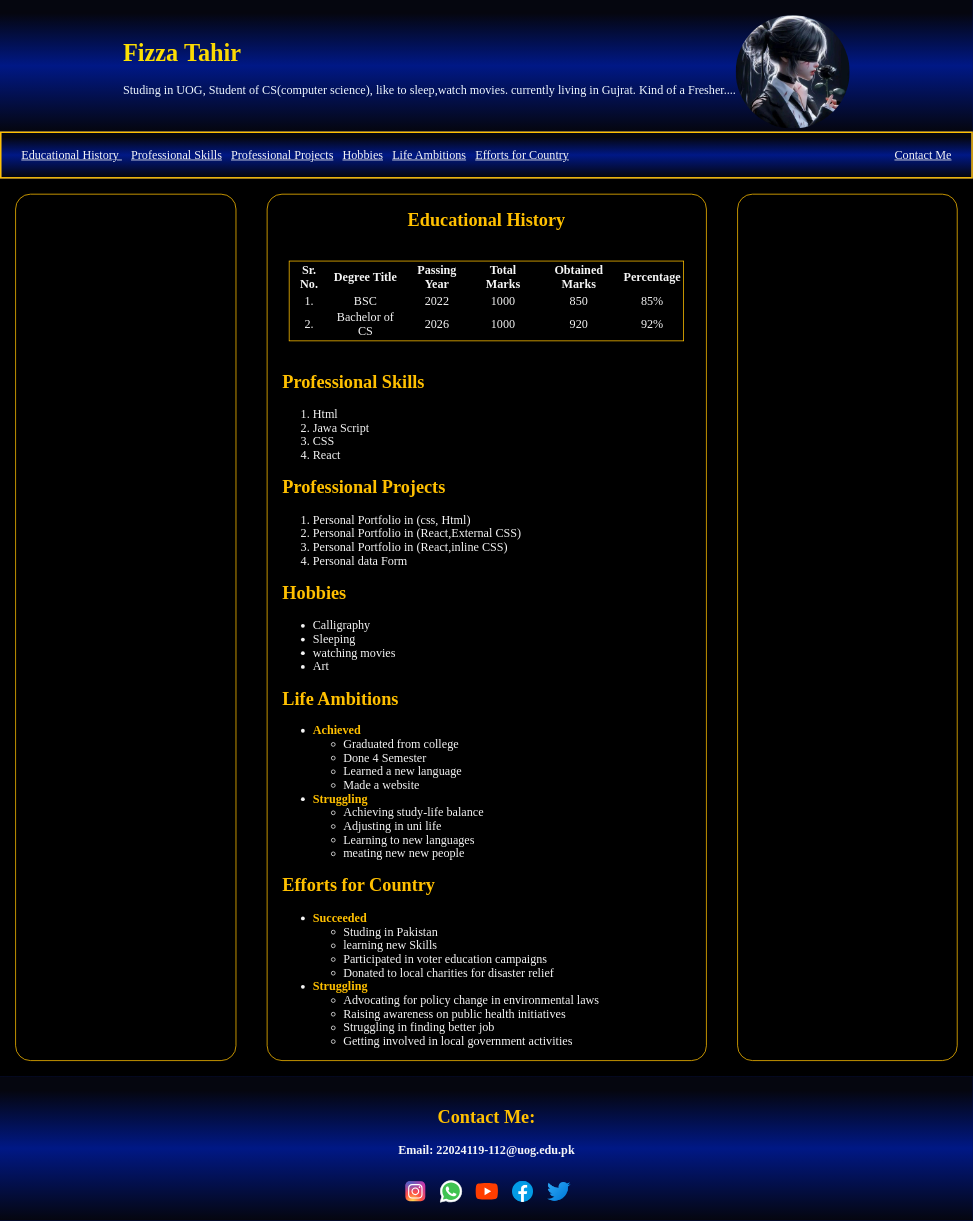
Repository: Fizza-112/project
Page: /
The author's editor kept a copy of each file at every save. The page is drawn from the files as they stood at one save, then again after a run of saves.
The browser window is 1280 px wide. The pictures show the whole page, at 76% of full size.
The project was rebuilt for these pictures with package versions that can differ from the ones it lists, and the page was loaded fresh each time. Also part of the build but not shown: vite.config.ts.

Above is the page before, as saved 2024-09-18 12:17:56.

### src/App.tsx

import "./App.css"
import profileimg from "./assets/WhatsApp Image 2024-09-06 at 9.05.18 AM.jpeg"

import instaimg from "./components/icons8-insta.svg"
import whatsappimg from "./components/icons8-whatsapp.svg"
import youtubeimg from "./components/icons8-youtube.svg"
import facebookimg from "./components/facebook icon.png"
import twitterimg from "./components/twitter.png"

const App = () => {
  return (
    <>
    <header>
    <div> <h1 id='name'><b>Fizza Tahir</b></h1>
    <p id="intro">Studing in UOG, Student of CS(computer science),
    like to sleep,watch movies. currently living in Gujrat. Kind of a Fresher....</p>
    </div>
    <div>
      <img  src={profileimg} alt='image' id="image"/>
    </div>
    </header>

    <nav id="nav">
      <div>
  <a href='#EducationalHistory'>Educational History </a>
  <a href='#ProfessionalSkills'>Professional Skills</a>
  <a href="#ProfessionalProjects">Professional Projects</a>
  <a href="#Hobbies">Hobbies</a>
  <a href="#life-ambitions">Life Ambitions</a>
  <a href="#efforts-for-country">Efforts for Country</a>
  </div>
  <div>
  <a href="#Contact-Me">Contact Me</a>
  </div>
</nav>

<div className="div">
<div id="blank-div"></div>

<div id='main-contant'>

  <div id="EducationalHistory">

    <h2 className='nam'>Educational History</h2>
        <table>
            <thead >
                <tr>
                    <th>Sr. No.</th>
                    <th>Degree Title</th>
                    <th>Passing Year</th>
                    <th>Total Marks</th>
                    <th>Obtained Marks</th>
                    <th>Percentage</th>
                </tr>
            </thead>
            <tbody>
                <tr>
                    <td>1.</td>
                    <td>BSC</td>
                    <td>2022</td>
                    <td>1000</td>
                    <td>850</td>
                    <td>85%</td>
                </tr>
                <tr>
                    <td>2.</td>
                    <td>Bachelor of CS</td>
                    <td>2026</td>
                    <td>1000</td>
                    <td>920</td>
                    <td>92%</td>
                </tr>
            </tbody>
        </table>

  </div>

  <div id="ProfessionalSkills">
<h2 className='nam'>Professional Skills</h2>
<ol>
<li>Html</li>
<li>Jawa Script</li>
<li>CSS</li>
<li>React</li>
</ol>
   </div>

  <div id="ProfessionalProjects">
<h2 className='nam'>Professional Projects</h2>
<ol>
<li>Personal Portfolio in (css, Html)</li>
<li>Personal Portfolio in (React,External CSS)</li>
<li>Personal Portfolio in (React,inline CSS)</li>
<li>Personal data Form</li>
</ol>
   </div>

  <div id="Hobbies">
<h2 className='nam'>Hobbies</h2>
<ul>
<li>Calligraphy</li>
<li>Sleeping</li>
<li>watching movies</li>
<li>Art</li>
</ul>
   </div>

   <div id="life-ambitions">
    <h2 className='nam'>Life Ambitions</h2>
    <ul>
      <li><b className='nam'>Achieved</b></li>
      <ul>
        <li>Graduated from college</li>
        <li>Done 4 Semester </li>
        <li>Learned a new language</li>
        <li>Made a website </li>
      </ul>
      <li><b className='nam'>Struggling</b></li>
      <ul>
        <li>Achieving study-life balance</li>
        <li>Adjusting in uni life</li>
        <li>Learning to new languages</li>
        <li>meating new new people</li>
      </ul>
    </ul>
    </div>

    <div id="efforts-for-country">
    <h2 className='nam'>Efforts for Country</h2>
    <ul>
      <li><b className='nam'>Succeeded</b></li>
      <ul>
        <li>Studing in Pakistan</li>
        <li>learning new Skills</li>
        <li>Participated in voter education campaigns</li>
        <li>Donated to local charities for disaster relief</li>
      </ul>
      <li><b className='nam'>Struggling</b></li>
      <ul>
        <li>Advocating for policy change in environmental laws</li>
        <li>Raising awareness on public health initiatives</li>
        <li>Struggling in finding better job</li>
        <li>Getting involved in local government activities</li>
      </ul>
    </ul>
  </div>

  </div>
  <div id="end"></div>
  </div>

<div id="Contact-Me">
  <footer id='footer'>
<h2 className='con'>Contact Me: </h2>
<h4> Email: 22024119-112@uog.edu.pk</h4>
<div id="logo">
  <a href="https://www.instagram.com/" target='_blank'><img src={instaimg} alt='icon' className='icons'></img></a>
  <a href="https://web.whatsapp.com/" target='_blank'><img src={whatsappimg} alt='icon' className='icons'></img></a>
  <a href="https://www.youtube.com/" target='_blank'><img src={youtubeimg} alt='icon' className='icons'></img></a>
  <a href="https://www.facebook.com/login/?next=https%3A%2F%2Fwww.facebook.com%2F" target='_blank'><img src={facebookimg} alt='icon' className='icons'></img></a>
  <a href="https://twitter.com/i/flow/login" target='_blank'><img src={twitterimg} alt='icon' className='icons'></img></a>

</div>
  </footer>
  </div>
    </>
  )
}

export default App

### src/App.css
body{
  margin: 0px;
  padding: 0px;

  /* background-color:bisque;
  background-image: linear-gradient(19deg, bisque 0%, #989fff 100%);
   */
   /* background-color:bisque;
background-image: linear-gradient(62deg, bisque 0%, #945cfd 100%); */
/* background-color: #001886;
background-image: linear-gradient(43deg, #001886 0%, #05060f 46%, #001886  100%); */
background-color:black;



}
header{
  display: flex;
  align-items: center;
  justify-content: center;
  width: 100%;
  color:aliceblue;
  background-color: #001886;
  background-image: linear-gradient(180deg, #05060f 10%,#001886   50%, #05060f 100%);
/* background-image: linear-gradient(43deg, #001886 0%, #05060f 46%, #001886  100%);  */
}
#name{
  /*
  /* color:#880808;
  color:#ffc000; */
  background: -webkit-linear-gradient(62deg, #fde403 0%, #efa400 100%);
  -webkit-background-clip: text;
  -webkit-text-fill-color: transparent;

}
#image{
  width: 150px;
  margin-left: auto !important; /* This pushes the image to the right */
  border-radius: 50%;
  margin-top: 20px;

}
#nav{
  display: flex;
  align-items:center;
  justify-content: space-between;
   padding: 20px;
   background-color:  #001886;
   background-image: linear-gradient(180deg, #05060f 10%,#001886   50%, #05060f 100%);
   /* background-image: linear-gradient(180deg, #001886 10%, #05060f 50%, #001886  100%); */
   /* background-color: #001886;
   background-image: linear-gradient(43deg, #001886 0%, #05060f 46%, #001886  100%);  */


  border: 2px solid #ffc000;
}

.div{
  display: flex;


}
#blank-div{
width: 25%;
border: 1px solid #ffc000 ;
                    /*    left box contant border */
margin: 20px;
border-radius:20px;
}
#main-contant{
  width: 50%;
  border: 1px solid #ffc000;      /*center contant border*/
  margin: 20px;
border-radius:20px;
}
#end{
  width: 25%;
  border: 1px solid #ffc000;     /*right contant border*/

  margin: 20px;
  border-radius:20px;

}
a{
  color:whitesmoke;
  margin: 6px;
  font-weight: 400;
}


table{
  border: 1px solid #ffc000;       /*table border*/
  justify-content:center;
  align-items:center;
  text-align: center;
 width: 90%;
  margin: 20px;


}
#EducationalHistory{
  color:whitesmoke;
  width:100%;
  display:flex;
  flex-direction: column;
  justify-content: center;
  align-items:center;
}
#ProfessionalSkills{
  margin-left: 20px;
  color:whitesmoke;
}
#ProfessionalProjects{
  margin-left: 20px;
  color:whitesmoke;
}
#Hobbies{
  margin-left: 20px;
  color:whitesmoke;
}
#life-ambitions{
  margin-left: 20px;
  color:whitesmoke;
}
#efforts-for-country{
  margin-left: 20px;
  color:whitesmoke;
}
.nam{
  color:#ffc000;
}
.con{
 color:#ffc000;

}
#footer{
  text-align: center;
  background-color:  #001886;
background-image: linear-gradient(180deg, #05060f 10%,#001886   50%, #05060f 100%);
/*
  background-color: #001886;
  background-image: linear-gradient(43deg, #001886 0%, #05060f 46%, #001886  100%);  */

  color:whitesmoke;
  margin: 20px, 0px 0px, 0px;
  padding:20px;

  height: 150px;

}
#logo{
  display: flex;
  justify-content: center;
  align-items:center;
}
.icons{
  width: 35px;
  height: auto;
}

Loaded but not shown: index.html (common file); src/main.tsx (common file); src/index.css (no stored copy; drawn as an empty file)

After the next 2 saves:
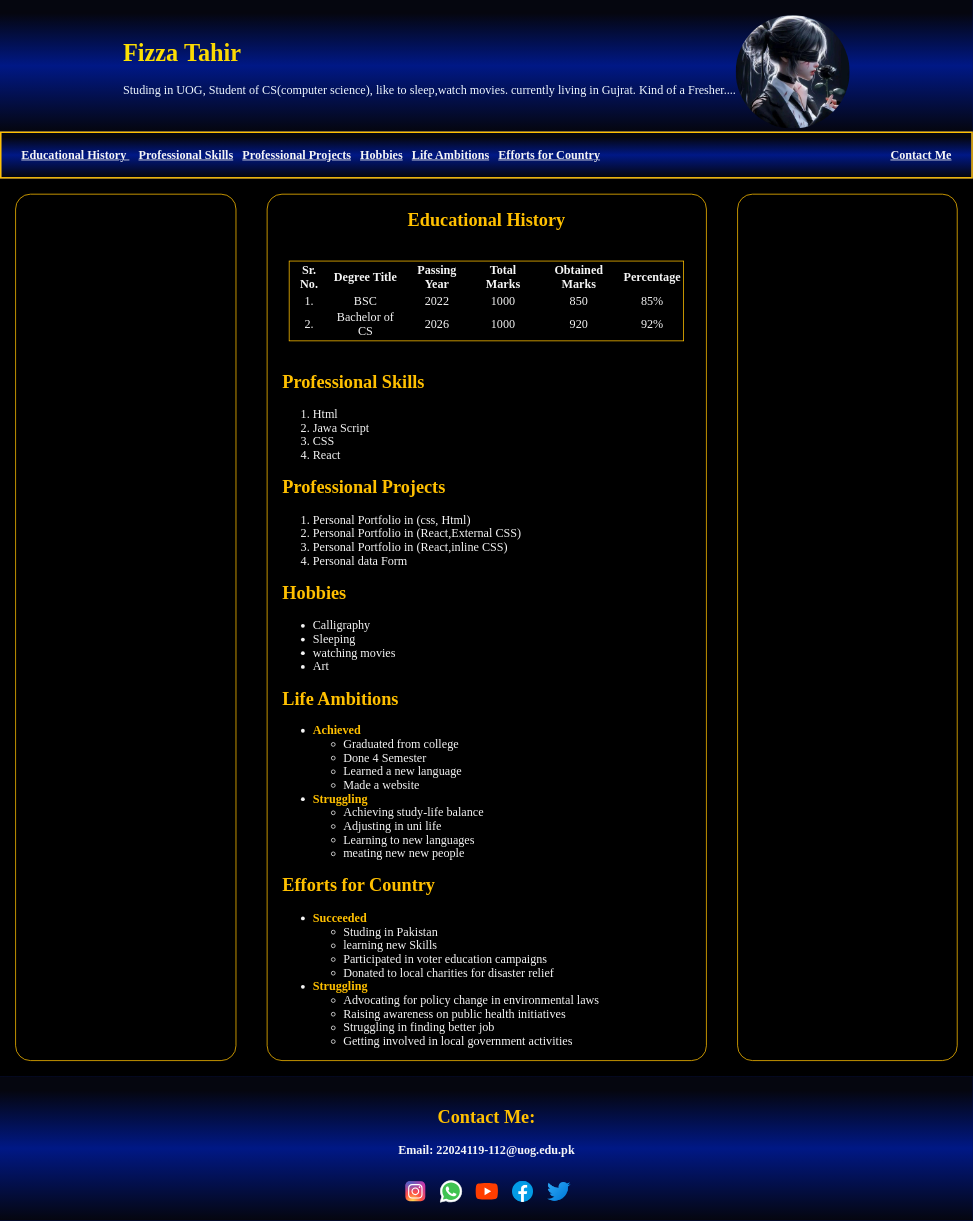
The 2 saves are shown as one change because they came seconds apart.
The last was saved 14 s later.
--- a/src/App.css
+++ b/src/App.css
@@ -84,7 +84,7 @@ border-radius:20px;
 a{
   color:whitesmoke;
   margin: 6px;
-  font-weight: 400;
+  font-weight: 800;
 }
 
 
